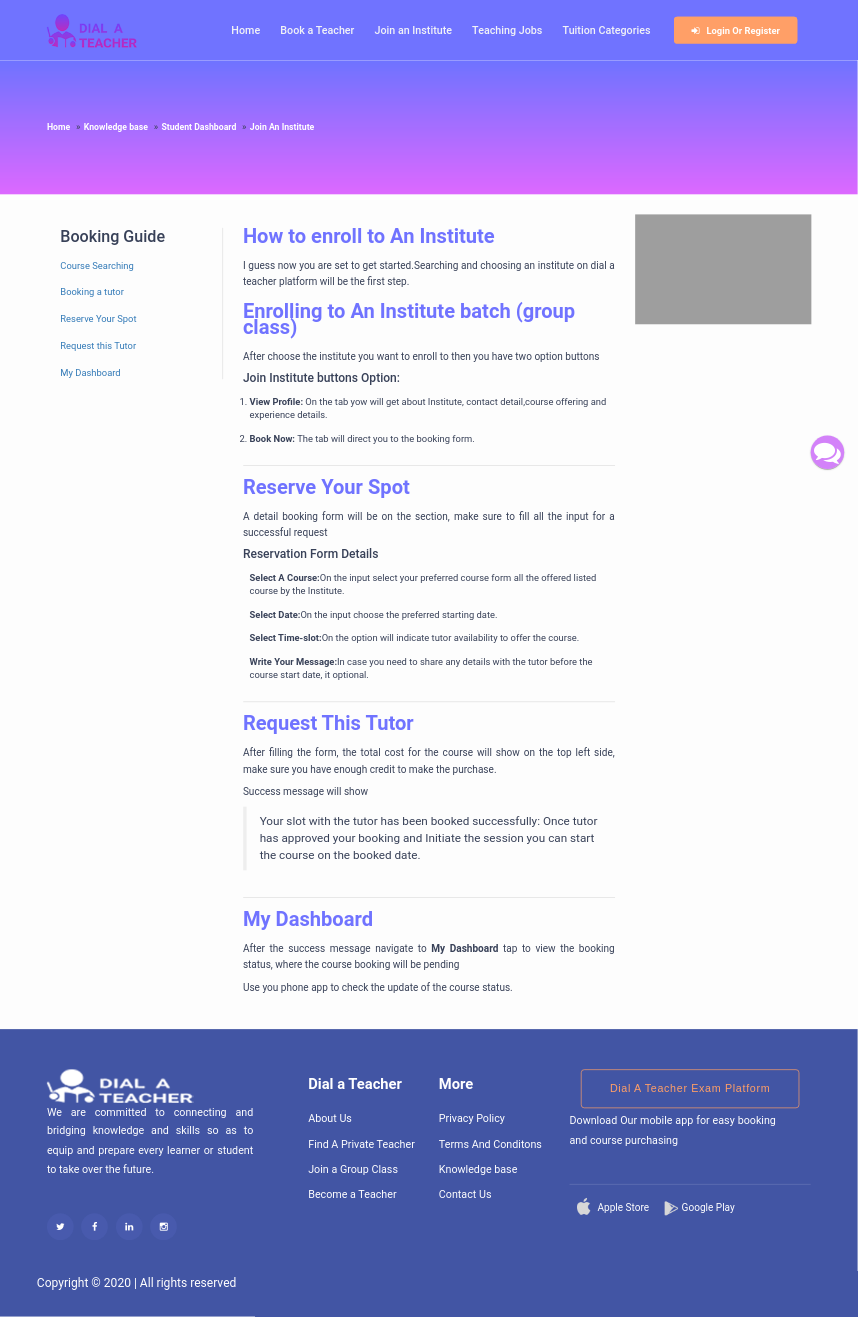
Repository: Samkiroko/DAT_knowledge
Page: knowledge_base/detail_book_institute.html
These files come from the project's save history. The page is drawn as it stood at one moment and after the next save; the edit follows.
The browser window is 1280 px wide. The pictures show the whole page, at 67% of full size.
Pictures or frames that could not be fetched are drawn as grey boxes.

Above is the page before, as saved 2020-12-16 14:18:42.
Console error: TypeError: e.indexOf is not a function

After the next save:
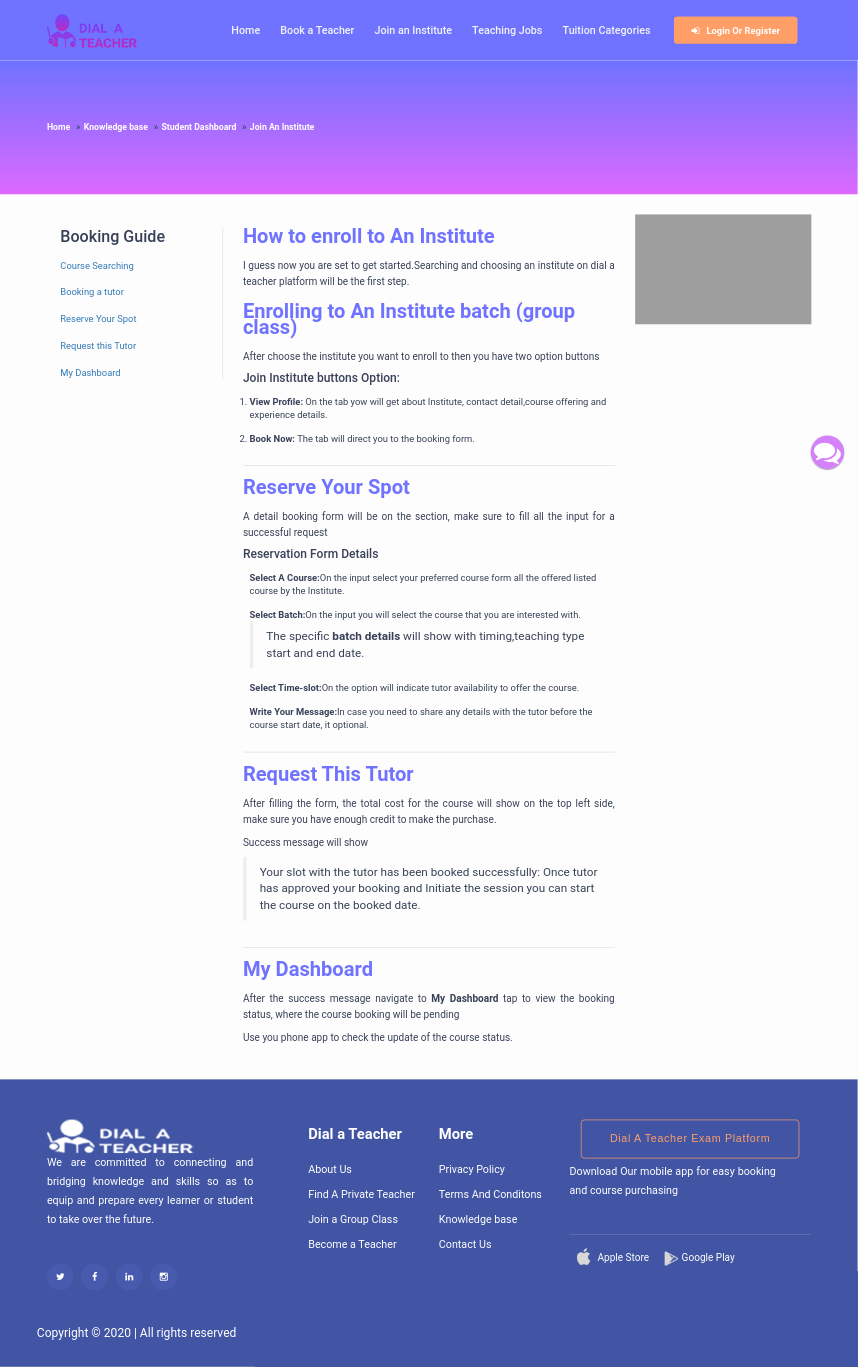
Saved 4 min 6 s later.
--- a/knowledge_base/detail_book_institute.html
+++ b/knowledge_base/detail_book_institute.html
@@ -177,7 +177,10 @@
                   <ul class="mwb-article-section__ordr-list">
                     <li> <b>Select A Course:</b>On the input select your preferred course form all
                       the offered listed course by the Institute.</li>
-                    <li><b>Select Date:</b>On the input choose the preferred starting date.</li>
+                    <li><b>Select Batch:</b>On the input you will select the course that you are
+                      interested with. <blockquote>The specific <b>batch details</b> will show with
+                        timing,teaching type start and end date.</blockquote>
+                    </li>
                     <li><b>Select Time-slot:</b>On the option will indicate tutor availability to
                       offer the course.</li>
                     <li><b>Write Your Message:</b>In case you need to share any details with the
